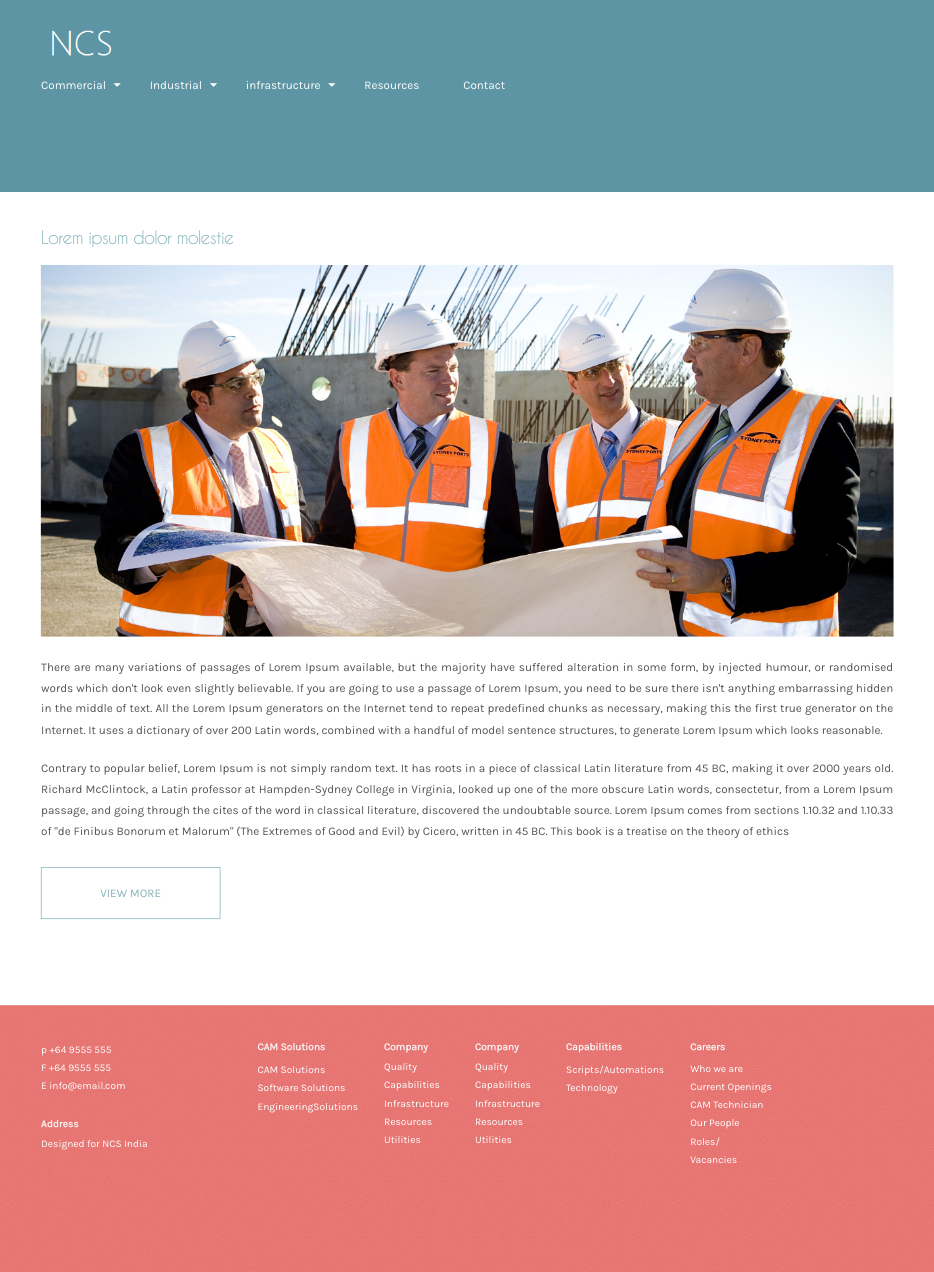
Repository: achalbi/NCS_demo
Page: public/details.html
The author's editor kept a record of every edit. The page is drawn from the files as they stood at one moment, then again after the next edit.
The browser window is 1280 px wide. The pictures show the whole page, at 73% of full size.

Above is the page before.

### public/details.html
<!--A Design by W3layouts
Author: W3layout
Author URL: http://w3layouts.com
License: Creative Commons Attribution 3.0 Unported
License URL: http://creativecommons.org/licenses/by/3.0/
-->
<!DOCTYPE HTML>
<html>
<head>
<title>The Organic Website Template | Details</title>
<meta http-equiv="Content-Type" content="text/html; charset=utf-8" />
<meta name="viewport" content="width=device-width, initial-scale=1, maximum-scale=1">
<link href='http://fonts.googleapis.com/css?family=Karla' rel='stylesheet' type='text/css'>
<link href="css/style.css" rel="stylesheet" type="text/css" media="all" />
<script src="js/jquery.min.js"></script>
</head>
<body>
<!-- start header -->
<div class="header_bg1">
<div class="wrap">
<div class="wrapper">
	<div class="logo">
		<a href="index.html"><img src="images/logo.png" alt=""/> </a>
	</div>
	<div class="menu">
		<a class="toggleMenu" href="#">Menu</a>
		<ul class="nav">
			<li><a href="commercial.html">Commercial</a>
				<ul>
					<li><a href="#">Histroy</a></li>
					<li><a href="#">Structure</a></li>
					<li><a href="#">People</a></li>
				</ul>
			</li>
			<li><a href="industrial.html">Industrial</a>
				<ul>
					<li><a href="#">CSR</a></li>
					<li><a href="#">Locations</a></li>
					<li><a href="#">PPV</a></li>
				</ul>
			</li>
			<li><a href="infrastructure.html">infrastructure</a>
				<ul>
					<li><a href="#">Histroy</a></li>
					<li><a href="#">Structure</a></li>
					<li><a href="#">People</a></li>
				</ul>
			</li>
			<li><a href="resource.html">Resources</a></li>
			<li><a href="contact.html">Contact</a></li>
		</ul>
		</div>
		<div class="clear"></div>
	 <script type="text/javascript" src="js/script.js"></script>
	<div class="clear"></div>
</div>
</div>
</div>
<!-- start content -->
<div class="content_bg">
<div class="wrap">
<div class="wrapper">
	<div class="main">
		<div class="details">
			<h2 class="style1">Lorem ipsum dolor molestie</h3>
			<div class="det_pic">
				  <img src="images/det_pic.jpg">
			</div>
			<div class="det_text">
				<p class="para1">There are many variations of passages of Lorem Ipsum available, but the majority have suffered alteration in some form, by injected humour, or randomised words which don't look even slightly believable. If you are going to use a passage of Lorem Ipsum, you need to be sure there isn't anything embarrassing hidden in the middle of text. All the Lorem Ipsum generators on the Internet tend to repeat predefined chunks as necessary, making this the first true generator on the Internet. It uses a dictionary of over 200 Latin words, combined with a handful of model sentence structures, to generate Lorem Ipsum which looks reasonable. </p>
				<p class="para1">Contrary to popular belief, Lorem Ipsum is not simply random text. It has roots in a piece of classical Latin literature from 45 BC, making it over 2000 years old. Richard McClintock, a Latin professor at Hampden-Sydney College in Virginia, looked up one of the more obscure Latin words, consectetur, from a Lorem Ipsum passage, and going through the cites of the word in classical literature, discovered the undoubtable source. Lorem Ipsum comes from sections 1.10.32 and 1.10.33 of "de Finibus Bonorum et Malorum" (The Extremes of Good and Evil) by Cicero, written in 45 BC. This book is a treatise on the theory of ethics</p>
				<div class="rd_more1">
				     	<button class="btn btn-1 btn-1a">View More</button>
					</div>
			</div>
			<div class="clear"></div>
		</div>
	</div>
</div>
</div>
</div>
<!-- start footer -->
<div class="footer_bg">
<div class="wrap">
<div class="wrapper">
<div class="clear">
	<div class="f_grid">
		<div class="grid1_of_1">
			<div class="address">
				<p>p +64 9555 555</p>
				<p>F +64 9555 555</p>
				<p>E <a href="">info@email.com</a> </p>
				<h3 class="top">Address</h3>
				<p class="top">Designed for <a href="http://www.ncs-india.com/"> NCS India</a></p>
			</div>
		</div>
		<div class="grid1_of_2">
			<div class="f_grid2 left">
				<h3>CAM Solutions</h3>
				<ul class="f_nav">
					<li><a href="">CAM Solutions</a></li>
					<li><a href="">Software Solutions</a></li>
					<li><a href="">EngineeringSolutions</a></li>
				</ul>
			</div>
			<div class="f_grid2 left">
			<h3>Company</h3>
			<ul class="f_nav">
				<li><a href="">Quality</a></li>
				<li><a href="">Capabilities</a></li>
				<li><a href="">Infrastructure</a></li>
				<li><a href="">Resources</a></li>
				<li><a href="">Utilities</a></li>
			</ul>
			</div>
				<div class="f_grid2 left">
			<h3>Company</h3>
			<ul class="f_nav">
				<li><a href="">Quality</a></li>
				<li><a href="">Capabilities</a></li>
				<li><a href="">Infrastructure</a></li>
				<li><a href="">Resources</a></li>
				<li><a href="">Utilities</a></li>
			</ul>
			</div>
			<div class="f_grid2 left hide">
			<h3>Capabilities</h3>
			<ul class="f_nav">
				<li><a href="">Scripts/Automations</a></li>
				<li><a href="">Technology</a></li>
			</ul>
			</div>
			<div class="f_grid2 left hide">
			<h3>Careers</h3>
			<ul class="f_nav">
				<li><a href="">Who we are</a></li>
				<li><a href="">Current Openings</a></li>
				<li><a href="">CAM Technician</a></li>
				<li><a href="">Our People</a></li>
				<li><a href="">Roles/</a></li>
				<li><a href="">Vacancies</a></li>
			</ul>
			</div>
		</div>
		<div class="clear"></div>
	</div>
	</div>
</div>
</div>
</div>
</body>
</html>

### public/css/style.css
/*
Author: W3layout
Author URL: http://w3layouts.com
License: Creative Commons Attribution 3.0 Unported
License URL: http://creativecommons.org/licenses/by/3.0/
*/
/* reset */
html,body,div,span,applet,object,iframe,h1,h2,h3,h4,h5,h6,p,blockquote,pre,a,abbr,acronym,address,big,cite,code,del,dfn,em,img,ins,kbd,q,s,samp,small,strike,strong,sub,sup,tt,var,b,u,i,dl,dt,dd,ol,nav ul,nav li,fieldset,form,label,legend,table,caption,tbody,tfoot,thead,tr,th,td,article,aside,canvas,details,embed,figure,figcaption,footer,header,hgroup,menu,nav,output,ruby,section,summary,time,mark,audio,video{margin:0;padding:0;border:0;font-size:100%;font:inherit;vertical-align:baseline;}
article, aside, details, figcaption, figure,footer, header, hgroup, menu, nav, section {display: block;}
ol,ul{list-style:none;margin:0;padding:0;}
blockquote,q{quotes:none;}
blockquote:before,blockquote:after,q:before,q:after{content:'';content:none;}
table{border-collapse:collapse;border-spacing:0;}
/* start editing from here */
a{text-decoration:none;}
.txt-rt{text-align:right;}/* text align right */
.txt-lt{text-align:left;}/* text align left */
.txt-center{text-align:center;}/* text align center */
.float-rt{float:right;}/* float right */
.float-lt{float:left;}/* float left */
.clear{clear:both;}/* clear float */
.pos-relative{position:relative;}/* Position Relative */
.pos-absolute{position:absolute;}/* Position Absolute */
.vertical-base{	vertical-align:baseline;}/* vertical align baseline */
.vertical-top{	vertical-align:top;}/* vertical align top */
.underline{	padding-bottom:5px;	border-bottom: 1px solid #eee; margin:0 0 20px 0;}/* Add 5px bottom padding and a underline */
nav.vertical ul li{	display:block;}/* vertical menu */
nav.horizontal ul li{	display: inline-block;}/* horizontal menu */
img{max-width:100%;}
/*end reset*/
@font-face {
      font-family: 'caviar_dreamsregular';
      src: url(../fonts/CaviarDreams-webfont.ttf) format('truetype');
}
body {
	font-family: 'Karla', sans-serif;
	font-size: 100%;
	background: #ffffff;
}
.wrap{
	margin:0 auto;
	width:80%;
}
.wrapper{
	padding:2% 6%;
}
/* start header */
.header_bg{
	background: url('../images/bg.jpg') no-repeat;
}
.logo {
	position: absolute;
	top: 10px;
	left: 10px;
}
/* start menu */
.menu{
	float: left;
	margin-left: -40px;
}
.toggleMenu {
    display:  none;
    background: rgba(29, 82, 99, 0.22);
    padding: 10px 15px;
    width: 100%;
    color: #fff;
}
.nav {
    list-style: none;
     *zoom: 1;
}
.nav:before,
.nav:after {
    content: " ";
    display: table;
}
.nav:after {
    clear: both;
}
.nav ul {
    list-style: none;
    width: 9em;
}
.nav li a {
  padding: 10px 20px 10px 40px;
    color:#fff;
    font-size: 16px;
}
.nav li {
    position: relative;
}
.nav > li {
    float: left;
}
.nav > li > .parent {
    background-image: url("../images/down_arrow.png");
    background-repeat: no-repeat;
    background-position: right;
}
.nav > li > a {
    display: block;
}
.nav > li > a:hover{
	color: rgb(241, 241, 241);
}
.nav li  ul {
    position: absolute;
    left: -9999px;
}
.nav > li.hover > ul {
    left: 40px;
}
.nav li li.hover ul {
    left: 100%;
    top: 0;
    -webkit-transition: background .2s linear;
	-moz-transition: background .2s linear;
	-ms-transition: background .2s linear;
	-o-transition:  background .2s linear;
	transition: background .2s linear;
}
.nav li li a {
	padding: 10px;
	display: block;
	color: rgba(255, 255, 255, 0.81);
	background: rgba(255, 255, 255, 0.16);
	position: relative;
	z-index: 100;
	border-top: 1px solid rgba(233, 233, 233, 0.09);
	-webkit-transition: all 0.3s ease-out;
	-moz-transition: all 0.3s ease-out;
	-ms-transition: all 0.3s ease-out;
	-o-transition: all 0.3s ease-out;
	transition: all 0.3s ease-out;
}
.nav li li li a {
    background:#249578;
    z-index:200;
    border-top: 1px solid #1d7a62;
}
.nav li li a:hover{
	background: #f6f6f6;
	color: #4D8194;
}


@media screen and (max-width: 768px) {
	.logo{
		float: none;
	}
	.menu{
		float: none;
		margin-left: 0;
	}
	.nav {
		background: rgba(255, 255, 255, 0.22);
	}
    .active {
        display: block;
    }
    .nav > li {
        float: none;
    }
    .nav > li > .parent {
        background-position: 95% 50%;
    }
    .nav li li .parent {
        background-image: url("images/downArrow.png");
        background-repeat: no-repeat;
        background-position: 95% 50%;
    }
    .nav ul {
        display: block;
        width: 100%;
    }
   .nav > li.hover > ul , .nav li li.hover ul {
        position: static;
    }
}
/* start banner_text */
.banner{
	width: 42%;
	margin: 8% 0 44%;
}
h2.style{
	font-family: 'caviar_dreamsregular';
	font-size: 3.0em;
	color: #ffffff;
	text-shadow: 0 1px 0 rgb(34, 55, 60);
	line-height: 1.2em;

}
p.para{
	margin-top:4%;
	font-family: 'caviar_dreamsregular';
	font-size: 1em;
	color: #fff;
	text-shadow: 0 1px 0 rgb(152, 153, 153);
	line-height: 1.8em;
}
/* start main */
.mait_bg{
	background: #ffffff;
}
.main{
	margin: 2% 0 8%;
}
h3.style{
	font-size:1.5em;
	color:#FE9E2E;
}
h4.style{
	font-size:1.6em;
	color:#FE9E2E;
}
p.para1{
	margin-top:2%;
	font-size:1em;
	color: #555555;
	line-height: 1.8em;
	text-align: justify;
    text-justify: inter-word;
}
/* Circular Content Carousel Style */
.ca-container{
	position: relative;
	width: 100%;
	height: 350px;
}
.ca-wrapper{
	width:100%;
	height:100%;
	position:relative;
}
.ca-item{
	position:relative;
	float:left;
	width:100%;
	height:100%;
	text-align:center;
}
.ca-close{
	position:absolute;
	top:10px;
	right:10px;
	background:url(../images/cross.png) no-repeat center center;
	width:27px;
	height:27px;
	text-indent:-9000px;
	outline:none;
	opacity:0.7;
}
.ca-close:hover{
	opacity:1.0;
}
.ca-item-main{
	position: absolute;
	top: 0px;
	left: 0px;
	overflow: hidden;
}
.ca-item h4{
	position: relative;
	color: #999;
	margin: 0.8em 0;
	line-height: 1.8em;
	font-weight: 300;
	font-size: 0.75em;
}
.ca-item h4 span{
	display: block;
}
.ca-item h4  span.quote{
	margin: 2% 0 0 26%;
}
.ca-nav span{
	width:35px;
	height:35px;
	background:#FF992B url(../images/arrows.png) no-repeat top left;
	position:absolute;
	top:84%;
	left:76%;
	text-indent:-9000px;
	cursor:pointer;
	z-index:100;
}
.ca-nav span.ca-nav-next{
	background-position:top right;
	left:auto;
	right:4px;
}
.ca-nav span:hover{
	opacity:1.0;
}
/* start span_1_of_2 */
.span1_of_1{
	width: 26.333%;
	float:left;
	border-right: 1px solid rgb(231, 231, 231);
}
.span1_of_1.left{
	padding-right: 4%;
}
.span1_of_2{
	width: 64.333%;
	float:left;
	padding-left: 4%;
}
.span1_of_1 span{
	color: #FE9E2E;
	font-size: 2em;
	line-height: 1.4em;
	text-align: left;
}
.span1_of_1 span.left{
	margin-left: 50%;
}
/* start footer */
.footer_bg{
	background: url('../images/ftr_bg.png');
}
.f_grid{
	display: block;
	margin: 2% 0 10%;
}
.grid1_of_1{
	float: left;
	width: 24.3333%;
}
.grid1_of_2{
	float: left;
	width: 74.3333%;
}
.address p{
	color: #ffffff;
	font-size:0.8725em;
	line-height: 1.8em;
}
.address p a{
	color: #ffffff;
	margin-top: 10px;
}
.address h3{
	font-size:14px;
	color: #ffffff;
	-webkit-text-stroke: 0.4px;
	-webkit-text-stroke-color: #f6f6f6;
}
.address h3.top{
	margin-top: 12%;
}
.address p.top{
	margin-top: 2%;
}
.address p a:hover{
	color: rgb(241, 241, 241);
}
.f_grid2 {
	float: left;
}
.f_grid2.left{
	margin-left: 8%;
}
.f_grid2 h3{
	font-size: 14px;
	color: #ffffff;
	-webkit-text-stroke: 0.4px;
	-webkit-text-stroke-color: #f6f6f6;
}
.f_nav{
	margin-top: 8%;
}
.f_nav li a{
	color: #ffffff;
	font-size:0.8725em;
	line-height: 1.8em;
}
.f_nav li a:hover{
	color: rgb(241, 241, 241);
}
/* start commercial */
.header_bg1{
	background: #5D95A4;
	padding: 0% 0 8%;
}
.commercial{
	margin: 6% 0;
}
/*  GRID OF THREE */
.grid_1_of_3{
	display: block;
	margin-left: 4%;
}
.grid_1_of_3:first-child {
	margin-left: 0;
}
.images_1_of_3 {
	float:left;
	width:30.333%;
}
.images_1_of_3  img {
	margin: 10% 0 6%;
}
.images_1_of_3 img {
	box-shadow: 0px 40px 20px -40px rgb(133, 133, 133);
	-webkit-box-shadow: 0px 40px 20px -40px rgb(133, 133, 133);
	-moz-box-shadow: 0px 40px 20px -40px rgb(133, 133, 133);
	-o-box-shadow: 0px 40px 20px -40px rgb(133, 133, 133);
}
h2.style1{
	font-family: 'caviar_dreamsregular';
	font-size:1.5em;
	color: #84B3B9;
	text-shadow: 0 1px 0 rgb(255, 255, 255);
	line-height: 1.2em;
	letter-spacing: -1px;
}
.style1_sub{
	font-family: 'caviar_dreamsregular';
	font-size:1em;
	color: #84B3B9;
	text-shadow: 0 1px 0 rgb(255, 255, 255);
	line-height: 1.2em;
	letter-spacing: -1px;
}
.images_1_of_3 p{
	margin-top: 4%;
}
.rd_more{
	margin-top: 8%;
}
.btn {
	border: none;
	font-family: inherit;
	font-size: inherit;
	color: inherit;
	background: none;
	cursor: pointer;
	padding: 25px 80px;
	display: inline-block;
	text-transform: uppercase;
	outline: none;
	position: relative;
	-webkit-transition: all 0.3s;
	-moz-transition: all 0.3s;
	transition: all 0.3s;
}
.btn:after {
	content: '';
	position: absolute;
	z-index: -1;
	-webkit-transition: all 0.3s;
	-moz-transition: all 0.3s;
	transition: all 0.3s;
}
/* Button 1 */
.btn-1 {
	border: 1px solid #84B3B9;
	color: #84B3B9;
}
/* Button 1a */
.btn-1a:hover,.btn-1a:active {
	color: #ffffff;
	background: #84B3B9;
}

/* start industrail */
.listimg{
	display: block;
}
.listview_1_of_2{
	margin: 6% 0;
}
.listimg_2_of_1 {
	float:left;
	width: 38.33333%;
	margin-right: 4.33333%;
}
.list_2_of_1 {
	float:left;
	width: 56.33333%;
}
.listimg_2_of_1 img{
	margin-top: 2%;
}
.images_1_of_2  img {
	max-width:100%;
	display:block;
}
.list_2_of_1 h3 span{
	color: #80B88C;
}
.rd_more1{
	margin-top: 3%;
}
/*gallery*/
.gallery{
	margin-top: 4%;
}
.gallery h2{
	margin-bottom: 4%;
}
.lb-album{
	display:block;
}
.lb-album.top{
	margin-top: 6%;
}
.lb-album li{
	float: left;
	width: 21.333%;
	margin:0 0 4% 4%;
	position: relative;
}
.lb-album li:first-child{
	margin-left:0;
}
.lb-album li > a,
.lb-album li > a img{
	display: block;
}
.lb-album li > a{
	position: relative;
}
.lb-album li > a span{
	position: absolute;
	bottom:70px;
	left:110px;
	width:36px;
	height:36px;
	opacity: 0;
	-webkit-transition: opacity 0.3s linear;
	-moz-transition: opacity 0.3s linear;
	-o-transition: opacity 0.3s linear;
	-ms-transition: opacity 0.3s linear;
	transition: opacity 0.3s linear;
}
.lb-album li > a img:hover{
	opacity:0.6;
}
.lb-album li > a:hover span{
	opacity:1;
	background:url(../images/zoom.png) no-repeat;
	filter: alpha(opacity=99); /* internet explorer */
    -ms-filter:"progid:DXImageTransform.Microsoft.Alpha(opacity=99)"; /*IE8*/
}
.lb-overlay{
	width: 0px;
	height: 0px;
	position: fixed;
	overflow: hidden;
	left: 0px;
	top: 0px;
	padding: 0px;
	z-index: 99;
	text-align: center;
	background:rgba(24, 23, 23, 0.91);
}
.lb-overlay a.lb-close{
	background: rgba(27,54,81,0.8);
	z-index: 1001;
	position: absolute;
	right: 29%;
	top: 6%;
	width: 36px;
	height: 36px;
	background:url('../images/close.png') no-repeat;
	overflow: hidden;
	opacity: 0;
	filter: alpha(opacity=0); /* internet explorer */
    -ms-filter:"progid:DXImageTransform.Microsoft.Alpha(opacity=0)";
	-webkit-transition: opacity 0.3s linear 1.2s;
	-moz-transition: opacity 0.3s linear 1.2s;
	-o-transition: opacity 0.3s linear 1.2s;
	-ms-transition: opacity 0.3s linear 1.2s;
	transition: opacity 0.3s linear 1.2s;
}
.lb-overlay img{
	position: relative;
}
.lb-overlay:target {
	width: auto;
	height: auto;
	bottom: 0px;
	right: 0px;
	padding: 80px 100px 120px 100px;
}
.lb-overlay:target img {
	-webkit-animation: scaleDown 1.2s ease-in-out;
	-moz-animation: scaleDown 1.2s ease-in-out;
	-o-animation: scaleDown 1.2s ease-in-out;
	-ms-animation: scaleDown 1.2s ease-in-out;
	animation: scaleDown 1.2s ease-in-out;
}
.lb-overlay:target a.lb-close,
.lb-overlay:target > div{
	opacity: 1;
	filter: alpha(opacity=99); /* internet explorer */
    -ms-filter:"progid:DXImageTransform.Microsoft.Alpha(opacity=99)"; /*IE8*/
}
@-webkit-keyframes scaleDown {
  0% { -webkit-transform: scale(10,10); opacity: 0; }
  100% { -webkit-transform: scale(1,1); opacity: 1; }
}
@-moz-keyframes scaleDown {
  0% { -moz-transform: scale(10,10); opacity: 0; }
  100% { -moz-transform: scale(1,1); opacity: 1; }
}
@-o-keyframes scaleDown {
  0% { -o-transform: scale(10,10); opacity: 0; }
  100% { -o-transform: scale(1,1); opacity: 1; }
}
@-ms-keyframes scaleDown {
  0% { -ms-transform: scale(10,10); opacity: 0; }
  100% { -ms-transform: scale(1,1); opacity: 1; }
}
@keyframes scaleDown {
  0% { transform: scale(10,10); opacity: 0; }
  100% { transform: scale(1,1); opacity: 1; }
}
x:-o-prefocus, .lb-overlay img {
    height: 100%;
}
/*start Contact*/
.contact{
	display: block;
}
.contact_info{
	float: right;
	width: 64.33333%;
}
.map {
	margin-top: 4%;
}
.company_address {
	float: left;
	margin-right: 3%;
	width: 32.3333%;
}
.span_1_of_2 h2{
	margin-bottom: 0.5em;
}
.contact-form{
	position:relative;
	margin-top: 2%;
}
.contact-form div{
	padding:8px 0;
}
.contact-form span label{
	color: #555555;
	display:block;
	font-size: 0.8725em;
	padding-bottom:5px;
}
.company_address p{
	padding:2px 0;
	font-size: 1em;
	color: #555555;
	line-height: 1.8em;
}
.company_address p span{
	color: #84B3B9;
	cursor:pointer;
}
.company_address p span:hover{
	color: #555555;
	-webkit-transition:0.5s;
	-moz-transition:0.5s;
	-o-transition:0.5s;
	transition:0.5s;
}
.contact-form form{
	margin-top: 10px;
}
.contact-form input[type="text"],.contact-form textarea{
	font-family: 'Karla', sans-serif;
	font-size: 0.8725em;
	color: #555555;
	padding:12px 8px;
	display: block;
	width: 98%;
	background: #FFFFFF;
	border: 1px solid rgba(226, 226, 226, 1);
	outline: none;
	-webkit-appearance: none;
}
.contact-form textarea{
	resize:none;
	height:120px;
}
.contact-form input[type="text"]:focus,.contact-form textarea:focus{
	-webkit-transition:0.9s;
	-o-transition:0.9s;
	-moz-transition:0.9s;
	transition:0.9s;
	box-shadow: 0px 0px 1px rgba(154, 153, 162, 0.69);
	-webkit-box-shadow:0px 0px 1px rgba(154, 153, 162, 0.69);
	-moz-box-shadow0px 0px 1px rgba(154, 153, 162, 0.69);
	-o-box-shadow: 0px 0px 1px rgba(154, 153, 162, 0.69);
}
.contact-form input[type="submit"]{
	font-size:1em;
	border: 1px solid #84B3B9;
	color: #84B3B9;
	font-family: inherit;
	cursor: pointer;
	padding: 25px 80px;
	display: inline-block;
	text-transform: uppercase;
	outline: none;
	position: relative;
	-webkit-transition: all 0.3s;
	-moz-transition: all 0.3s;
	transition: all 0.3s;
	background: none;
	outline: none;
}
.contact-form input[type="submit"]:hover{
	color: #ffffff;
	background: #84B3B9;
}
/* start details*/
.det_pic{
	margin: 2% 0;
}

/***** Media Quries *****/
@media only screen and (max-width: 1366px) {
	.wrap{
		width:95%;
	}
	.banner {
		width: 45%;
	}
	.ca-nav span {
		width: 34px;
		height: 34px;
		left: 75%;
	}
	.f_grid2.left {
		margin-left: 6%;
	}
	.grid1_of_1 {
		width: 22.3333%;
	}
	.grid1_of_2 {
		width: 76.3333%;
	}
}
@media only screen and (max-width: 1280px) {
	.wrap{
		width:95%;
	}
	.wrapper{
		padding: 2% 2%;
	}
	.banner {
		width: 50%;
	}
	.ca-nav span {
		width: 34px;
		height: 34px;
		left: 74%;
	}
	.f_grid2.left {
		margin-left: 4%;
	}
	.logo{
		position: inherit;
	}
}
@media only screen and (max-width: 1024px) {
	.wrap{
		width:95%;
	}
	.logo {
		position: inherit;
		top: 0px;
		left:0px;
		text-align: left;
	}
	.banner {
		width: 66%;
	}
	.f_grid2.left {
		margin-left: 2%;
	}
	.nav li a {
		padding: 10px 20px 10px 30px;
	}
	.ca-nav span {
		left: 64%;
		top: 100%;
	}
}
@media only screen and (max-width: 800px) {
	.wrap{
		width:95%;
	}
	.banner {
		width: 74%;
	}
	h2.style1 {
		font-size: 1.5em;

	}
	.btn {
		padding: 20px 60px;
	}
}
@media only screen and (max-width: 640px){
	.wrap{
		width:95%;
	}
	.span1_of_1 {
		width: 99.333%;
		float: none;
		border-right: none;
	}
	.span1_of_2{
		width: 99.333%;
		float: none;
		padding-left: 0;
	}
	.ca-nav span {
		left: 86%;
		top: 74%;
	}
	.ca-container {
		height: 220px;
	}
	.address h3.top {
		margin-top: 2%;
	}
	.f_grid2.left {
		margin-left: 4%;
	}
	.grid1_of_1 {
		width: 30.3333%;
	}
	.grid1_of_2 {
		float:none;
		width: 99.3333%;
	}
	.hide{
		display: none;
	}
	.menu{
		margin-left: 0;
	}
	.toggleMenu {
	    width: 95%;
	    margin: 0 auto;
	}
	.logo {
		text-align: center;
	}
	.toggleMenu {
		background: rgba(29, 82, 99, 0.22);
	}
	.nav {
		background: rgba(255, 255, 255, 0.22);
	}
	.banner {
		width: 82%;
	}
	.images_1_of_3 {
		float: none;
		width: 99.333%;
		margin-top: 4%;
	}
	.grid_1_of_3 {
		display: block;
		margin-left: 0%;
	}
	.listimg_2_of_1 {
		float: none;
		width: 99.33333%;
		margin-right: 0%;
	}
	.list_2_of_1 {
		float: none;
		width: 99.33333%;
	}
	.company_address {
		float: none;
		margin-right: 0%;
		width: 99.3333%;
	}
	.contact_info {
		float: none;
		width: 99.33333%;
	}
	.rd_more {
		margin-top: 4%;
	}
	.images_1_of_3 img {
		margin: 0% 0 0%;
	}
}
@media only screen and (max-width: 480px) {
	.wrap{
		width:95%;
	}
	.banner {
		width: 99%;
	}
	.ca-nav span {
		left: 83%;
	}
	.grid1_of_1{
		float: none;
		width:100%;
	}
	.grid1_of_2{
		float: none;
		width:100%;
	}
	.f_grid2{
		float:none;
	}
	.f_grid2.left{
		margin: 4% 0% 0 0;
	}
	.f_nav {
		margin-top: 2%;
	}
	.toggleMenu {
	    width: 92%;
	 }
	 h2.style {
		font-size: 2.5em;

	}
	.lb-album li {
		width: 45.333%;
		padding: 2%;
		margin: 0 0 4% 0%;
	}
}
@media only screen and (max-width: 320px) {
	.wrap{
		width:95%;
	}
	.toggleMenu {
	    width: 90%;
	 }
	 .ca-nav span {
		left: 75%;
		top: 100%;
	}
	.ca-container {
		height: 220px;
	}
	.span1_of_2 {
		margin-top: 20%;
	}
	 h2.style {
		font-size: 2em;
	}
}

Loaded but not shown: public/js/jquery.min.js (library); public/js/script.js (49 lines, source omitted)

After the next edit:
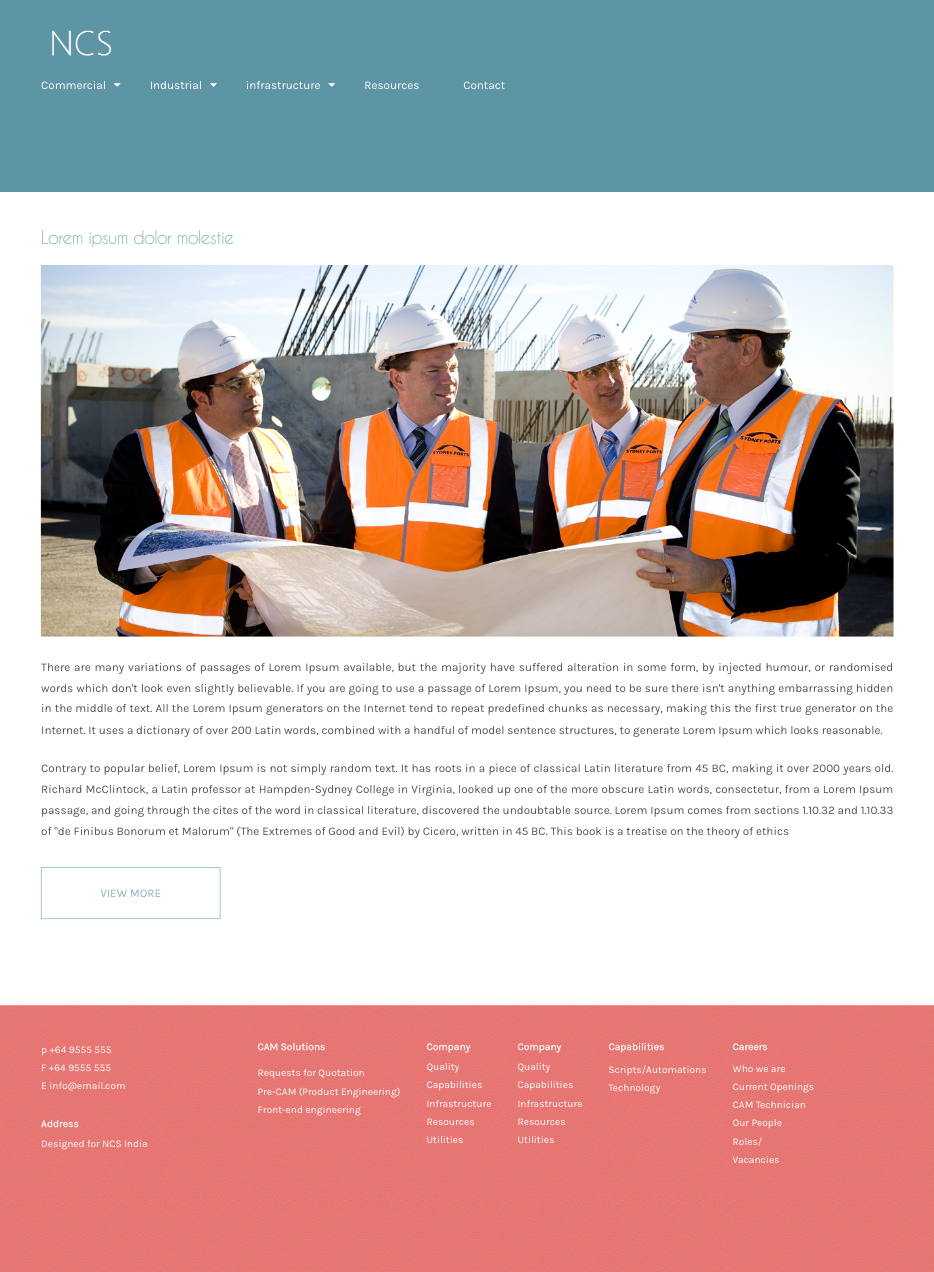
The edit:
--- a/public/details.html
+++ b/public/details.html
@@ -98,9 +98,9 @@
 			<div class="f_grid2 left">
 				<h3>CAM Solutions</h3>
 				<ul class="f_nav">
-					<li><a href="">CAM Solutions</a></li>
-					<li><a href="">Software Solutions</a></li>
-					<li><a href="">EngineeringSolutions</a></li>
+					<li><a href="">Requests for Quotation </a></li>
+					<li><a href="">Pre-CAM (Product Engineering) </a></li>
+					<li><a href="">Front-end engineering</a></li>
 				</ul>
 			</div>
 			<div class="f_grid2 left">
